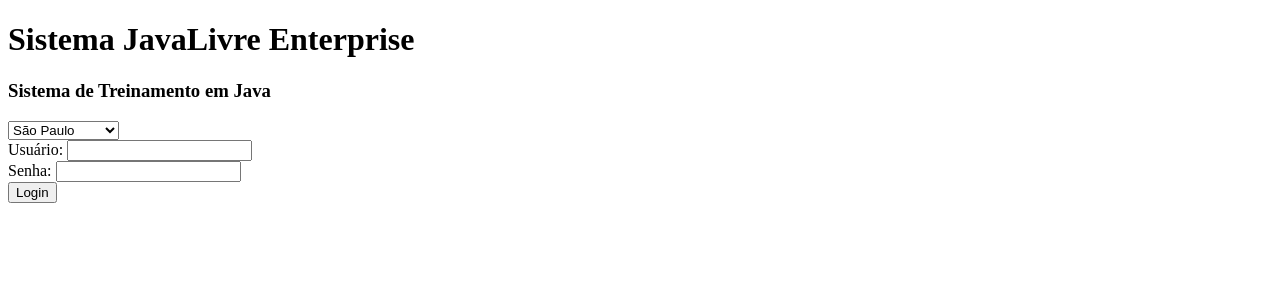
Repository: marciojv/treina-java
Page: workspace/JavaLivre/src/html/login.html
An editor plug-in stored every save of this project. The page is shown before and after the next save, followed by the edit.
The browser window is 1280 px wide. The pictures show the whole page.

Above is the page before, as saved 2017-06-10 13:25:12.

After the next save:
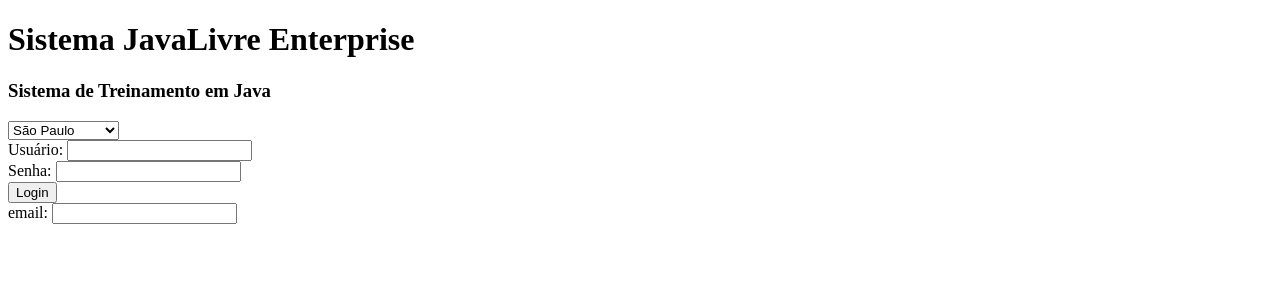
Saved 2 min 42 s later.
--- a/workspace/JavaLivre/src/html/login.html
+++ b/workspace/JavaLivre/src/html/login.html
@@ -24,5 +24,10 @@ Senha:   <input type="text" name="senha"><br>
 
 </form>
 
+<form action="login.html">
+email: <input type="text" name="email"><br>
+</form>
+
+
 </body>
 </html>
